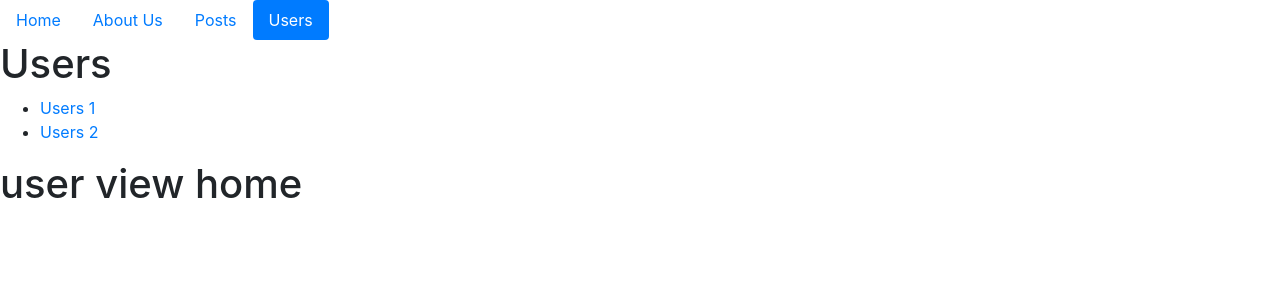
Repository: toufik17/vuejs
Page: /users/1
These files come from the project's save history. The page is drawn as it stood at one moment and after the next save; the edit follows.
The browser window is 1280 px wide. The pictures show the whole page.
The project was rebuilt for these pictures with package versions that can differ from the ones it lists, and the page was loaded fresh each time. Also part of the build but not shown: src/components/Home.vue, src/components/About.vue, src/components/Post.vue, src/components/Posts.vue, src/components/users/UsersHome.vue.

Above is the page before, as saved 2019-03-06 11:41:02.

After the next save:
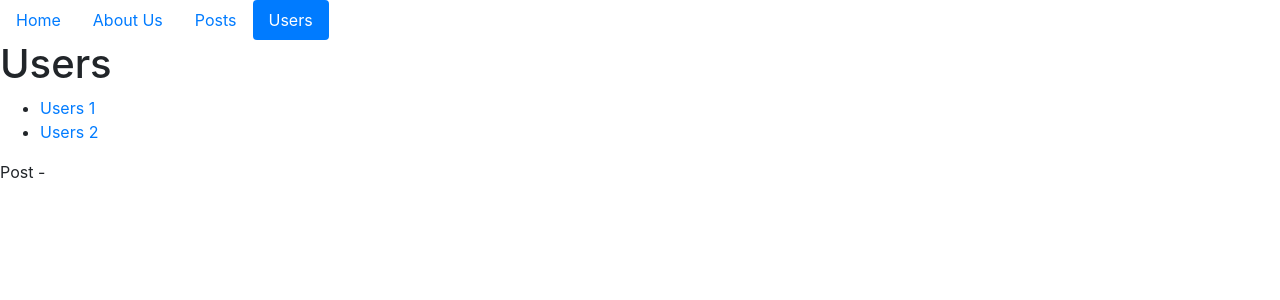
Saved 38 s later.
--- a/src/components/users/UsersViewHome.vue
+++ b/src/components/users/UsersViewHome.vue
@@ -1,3 +1,11 @@
 <template>
-    <h1>user view home</h1>
+    <div>
+        Post - {{id}}
+    </div>
 </template>
+
+<script>
+export default {
+    props: ["id"]
+}
+</script>
